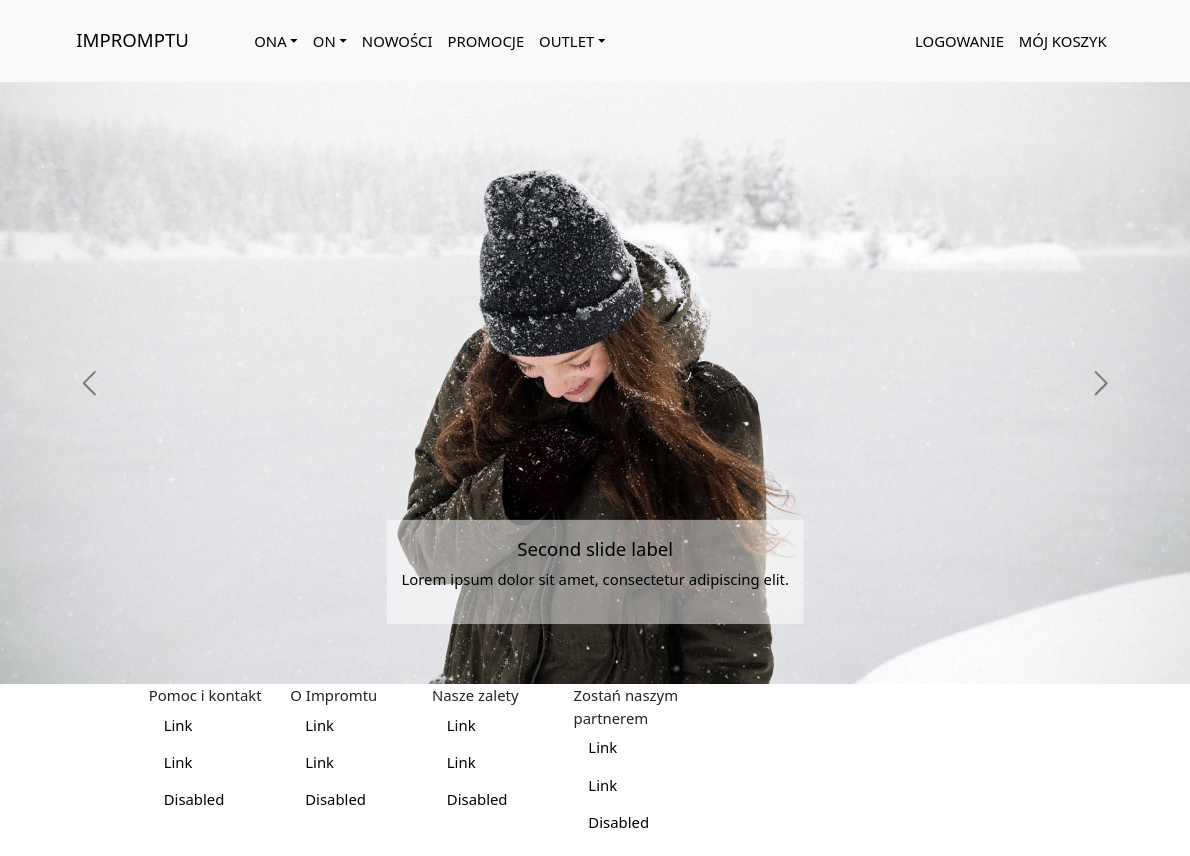
Repository: michalgornicki/Impromptu
Page: /
These files come from the project's save history. The page is drawn as it stood at one moment and after a run of saves; the edit follows.
The browser window is 1280 px wide. The pictures show the whole page, at 93% of full size.
The project was rebuilt for these pictures with package versions that can differ from the ones it lists, and the page was loaded fresh each time.

Above is the page before, as saved 2021-12-23 13:37:11.

### src/App.jsx
import React from "react";
import "./App.css";
import "bootstrap/dist/css/bootstrap.min.css";
import Container from "react-bootstrap/Container";
import Navbar from "react-bootstrap/Navbar";
import Nav from "react-bootstrap/Nav";
import NavDropdown from "react-bootstrap/NavDropdown";
import Carousel from "react-bootstrap/Carousel";
import Row from "react-bootstrap/Row";
import Col from "react-bootstrap/Col";
import photo1 from "./1.jpg";
import photo2 from "./2.jpg";
import photo3 from "./3.jpg";
import photo4 from "./4.jpg";
import photo5 from "./5.jpg";

function App() {
  return (
    <p>
      <Navbar
        collapseOnSelect
        expand="lg"
        bg="light"
        variant="light"
        className="py-4 display-7 text-dark"
      >
        <Container>
          <Navbar.Brand href="#home" className="w-15">IMPROMPTU</Navbar.Brand>
          <Navbar.Toggle aria-controls="responsive-navbar-nav" />
          <Navbar.Collapse id="responsive-navbar-nav">
            <Nav className="me-auto">
              <NavDropdown title="ONA" id="collasible-nav-dropdown">
                <NavDropdown.Item href="#action/3.1">Action</NavDropdown.Item>
                <NavDropdown.Item href="#action/3.2">
                  Another action
                </NavDropdown.Item>
                <NavDropdown.Item href="#action/3.3">
                  Something
                </NavDropdown.Item>
                <NavDropdown.Divider />
                <NavDropdown.Item href="#action/3.4">
                  Separated link
                </NavDropdown.Item>
              </NavDropdown>
              <NavDropdown title="ON" id="collasible-nav-dropdown">
                <NavDropdown.Item href="#action/3.1">Action</NavDropdown.Item>
                <NavDropdown.Item href="#action/3.2">
                  Another action
                </NavDropdown.Item>
                <NavDropdown.Item href="#action/3.3">
                  Something
                </NavDropdown.Item>
                <NavDropdown.Divider />
                <NavDropdown.Item href="#action/3.4">
                  Separated link
                </NavDropdown.Item>
              </NavDropdown>
              <Nav.Link href="#pricing">NOWOŚCI</Nav.Link>
              <Nav.Link href="#pricing">PROMOCJE</Nav.Link>
              <NavDropdown title="OUTLET" id="collasible-nav-dropdown">
                <div className="flex flex-column">
                  <div className="container">
                <NavDropdown.Item href="#action/3.1">Action</NavDropdown.Item>
                <NavDropdown.Item href="#action/3.2">
                  Another action
                </NavDropdown.Item>
                <NavDropdown.Item href="#action/3.3">
                  Something
                </NavDropdown.Item>
                <NavDropdown.Divider />
                <NavDropdown.Item href="#action/3.4">
                  Separated link
                </NavDropdown.Item>
                </div>
                <div className="container">
                <NavDropdown.Item href="#action/3.1">Action</NavDropdown.Item>
                <NavDropdown.Item href="#action/3.2">
                  Another action
                </NavDropdown.Item>
                <NavDropdown.Item href="#action/3.3">
                  Something
                </NavDropdown.Item>
                <NavDropdown.Divider />
                <NavDropdown.Item href="#action/3.4">
                  Separated link
                </NavDropdown.Item>
                </div>
                </div>
              </NavDropdown>
            </Nav>
            <Nav>
              <Nav.Link href="#deets">LOGOWANIE</Nav.Link>
              <Nav.Link href="#memes">MÓJ KOSZYK</Nav.Link>
            </Nav>
          </Navbar.Collapse>
        </Container>
      </Navbar>

      <Carousel variant="dark" indicators={false}>
  <Carousel.Item>
    <img
      className="d-block w-100"
      src={photo1}
      alt="First slide"
    />
    <Carousel.Caption>
      <h5>First slide label</h5>
      <p>Nulla vitae elit libero, a pharetra augue mollis interdum.</p>
    </Carousel.Caption>
  </Carousel.Item>
  <Carousel.Item>
    <img
      className="d-block w-100"
      src={photo2}
      alt="Second slide"
    />
    <Carousel.Caption>
      <h5>Second slide label</h5>
      <p>Lorem ipsum dolor sit amet, consectetur adipiscing elit.</p>
    </Carousel.Caption>
  </Carousel.Item>
  <Carousel.Item>
    <img
      className="d-block w-100"
      src={photo3}
      alt="Third slide"
    />
    <Carousel.Caption>
      <h5>Third slide label</h5>
      <p>Praesent commodo cursus magna, vel scelerisque nisl consectetur.</p>
    </Carousel.Caption>
  </Carousel.Item>
  <Carousel.Item>
    <img
      className="d-block w-100"
      src={photo4}
      alt="Third slide"
    />
    <Carousel.Caption>
      <h5>Third slide label</h5>
      <p>Praesent commodo cursus magna, vel scelerisque nisl consectetur.</p>
    </Carousel.Caption>
  </Carousel.Item>
  <Carousel.Item>
    <img
      className="d-block w-100"
      src={photo5}
      alt="Third slide"
    />
    <Carousel.Caption>
      <h5>Third slide label</h5>
      <p>Praesent commodo cursus magna, vel scelerisque nisl consectetur.</p>
    </Carousel.Caption>
  </Carousel.Item>
</Carousel>


<Nav
  activeKey="/home"
  className="w-75 m-auto"
>
  <Row>
  <Col>
  <div>
    Pomoc i kontakt
  </div>
  <Nav.Item>
    <Nav.Link eventKey="link-1">Link</Nav.Link>
  </Nav.Item>
  <Nav.Item>
    <Nav.Link eventKey="link-2">Link</Nav.Link>
  </Nav.Item>
  <Nav.Item>
    <Nav.Link eventKey="disabled" disabled>
      Disabled
    </Nav.Link>
  </Nav.Item>
  </Col>
  <Col>
  <div>
    O Impromtu
  </div>
  <Nav.Item>
    <Nav.Link eventKey="link-1">Link</Nav.Link>
  </Nav.Item>
  <Nav.Item>
    <Nav.Link eventKey="link-2">Link</Nav.Link>
  </Nav.Item>
  <Nav.Item>
    <Nav.Link eventKey="disabled" disabled>
      Disabled
    </Nav.Link>
  </Nav.Item>
  </Col>
  <Col>
  <div>
    Nasze zalety
  </div>
  <Nav.Item>
    <Nav.Link eventKey="link-1">Link</Nav.Link>
  </Nav.Item>
  <Nav.Item>
    <Nav.Link eventKey="link-2">Link</Nav.Link>
  </Nav.Item>
  <Nav.Item>
    <Nav.Link eventKey="disabled" disabled>
      Disabled
    </Nav.Link>
  </Nav.Item>
  </Col>
  <Col>
  <div>
    Zostań naszym partnerem
  </div>
  <Nav.Item>
    <Nav.Link eventKey="link-1">Link</Nav.Link>
  </Nav.Item>
  <Nav.Item>
    <Nav.Link eventKey="link-2">Link</Nav.Link>
  </Nav.Item>
  <Nav.Item>
    <Nav.Link eventKey="disabled" disabled>
      Disabled
    </Nav.Link>
  </Nav.Item>
  </Col>
  </Row>
</Nav>


    </p>
  );
}

export default App;

### src/App.css
.w-15{
    width: 15%!important;
}

.display-7{
    font-size: 1rem;
}

.nav-link {
    color: black!important;
}

.carousel img {
    height: 90vh;
    object-fit: cover;
}

.carousel-caption{
    background-color: rgba(255, 255, 255, 0.5);
    bottom: 10%!important;
    width: 35%;
    margin: auto;
}

Loaded but not shown: public/index.html (common file); src/index.js (common file); src/index.css (common file); src/reportWebVitals.js (common file)

After the next 2 saves:
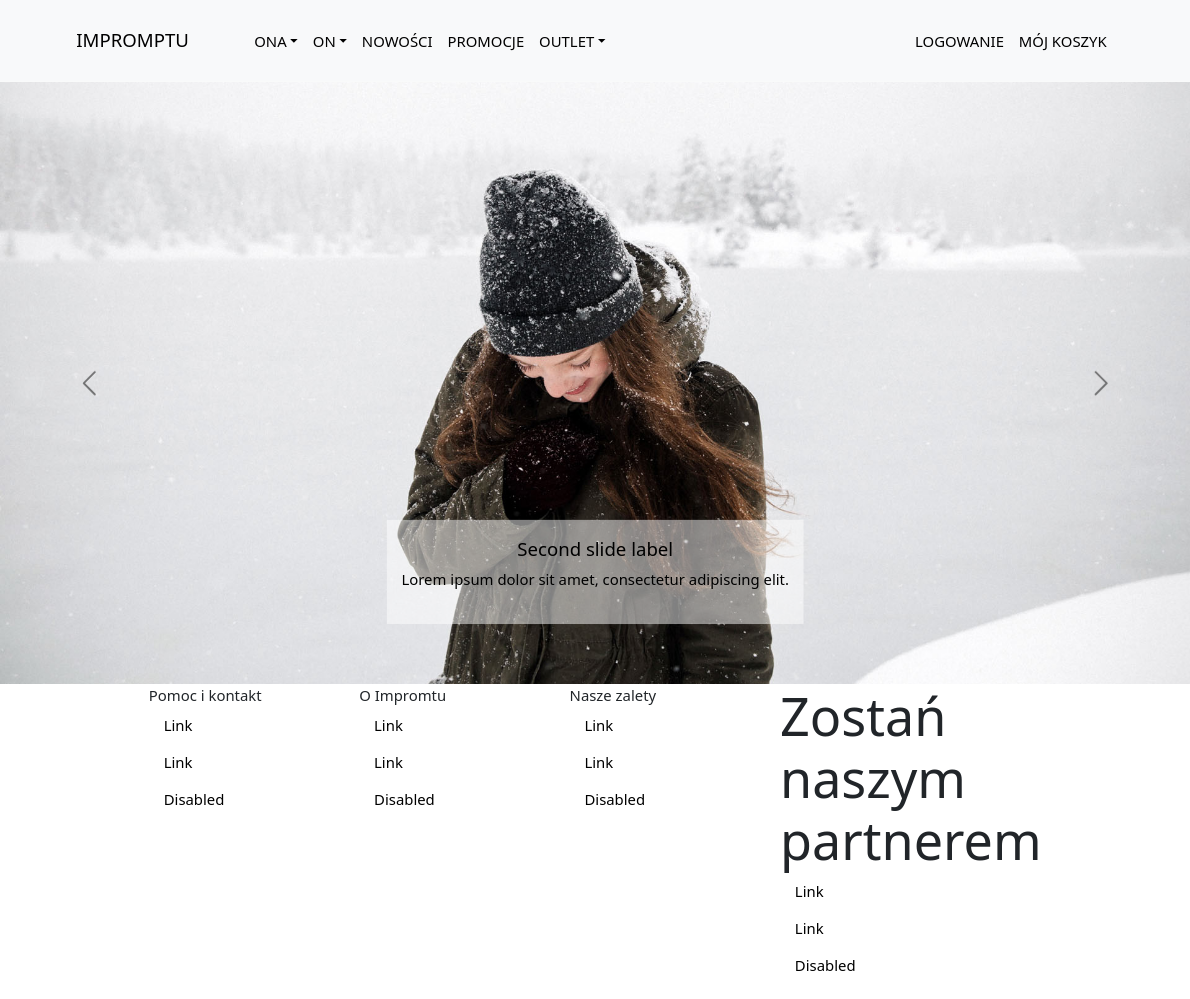
The 2 saves are shown as one change because they came seconds apart.
The last was saved 18 s later.
--- a/src/App.jsx
+++ b/src/App.jsx
@@ -209,7 +209,7 @@ function App() {
   </Nav.Item>
   </Col>
   <Col>
-  <div>
+  <div className="display-4">
     Zostań naszym partnerem
   </div>
   <Nav.Item>
